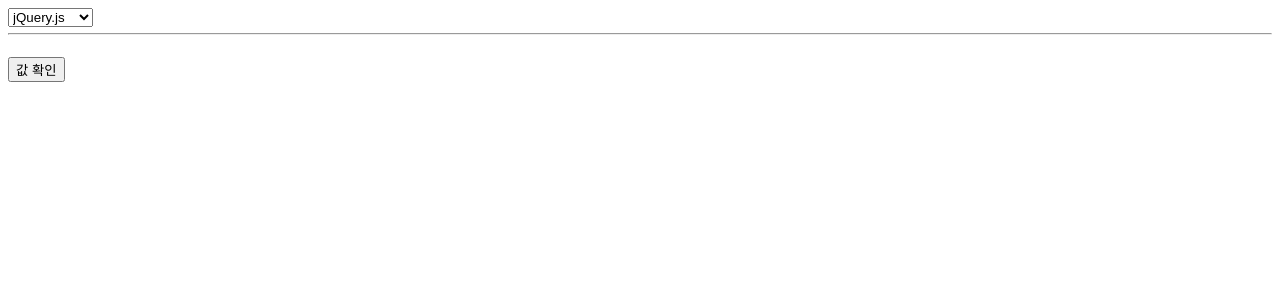
Repository: popconnect/jQuery
Page: http://localhost/jQueryUiEx02/SelectMenuEx01.jsp
An editor plug-in stored every save of this project. The page is shown before and after the next save, followed by the edit.
The browser window is 1280 px wide. The pictures show the whole page.
The page is served by Tomcat 9.

Above is the page before, as saved 2023-05-17 05:19:16.

### jQueryUiEx02/src/main/webapp/SelectMenuEx01.jsp
<%@ page language="java" contentType="text/html; charset=UTF-8"
	pageEncoding="UTF-8"%>
<!DOCTYPE html>
<html>
<head>
<meta charset="UTF-8">
<title>Insert title here</title>
<link rel="stylesheet" href="./css/cupertino/jquery-ui.css" />
<style type="text/css">
body {
	font-size: 80%;
}
</style>
<script type="text/javascript" src="./js/jquery-3.7.0.js"></script>
<script type="text/javascript" src="./js/jquery-ui.js"></script>
<script type="text/javascript">
	//버튼 이벤트
	$(document).ready(function() {

	});
</script>
</head>
<body>
	<select>
		<option value="jquery">jQuery.js</option>
		<option value="jqueryui">jQueryui.js</option>
		<option value="jquery">jQuery.js</option>
		<option value="jqueryui">jQueryui.js</option>
		<option value="jquery">jQuery.js</option>
		<option value="jqueryui">jQueryui.js</option>
	</select>
	<br><hr><br>
	<button id="btn">값 확인</button>

</body>
</html>

Loaded but not shown: jQueryUiEx02/src/main/webapp/css/cupertino/jquery-ui.css (library); jQueryUiEx02/src/main/webapp/js/jquery-3.7.0.js (library); jQueryUiEx02/src/main/webapp/js/jquery-ui.js (library)

After the next save:
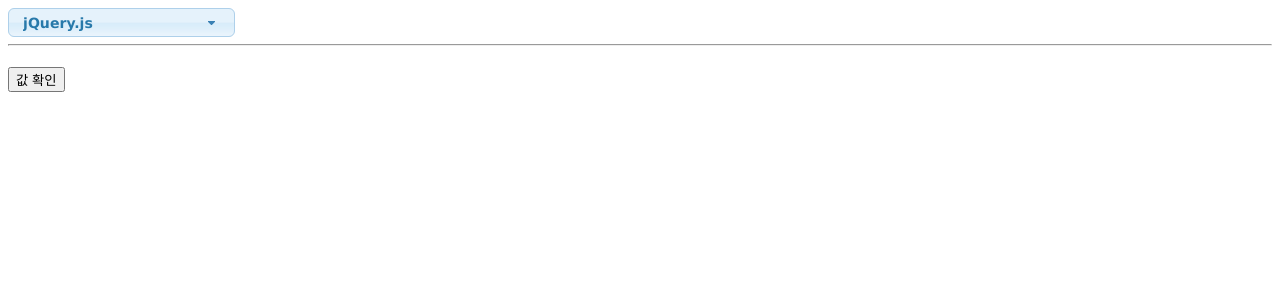
Saved 80 s later.
--- a/jQueryUiEx02/src/main/webapp/SelectMenuEx01.jsp
+++ b/jQueryUiEx02/src/main/webapp/SelectMenuEx01.jsp
@@ -16,12 +16,12 @@ body {
 <script type="text/javascript">
 	//버튼 이벤트
 	$(document).ready(function() {
-
+		$('#files').selectmenu();
 	});
 </script>
 </head>
 <body>
-	<select>
+	<select id="files">
 		<option value="jquery">jQuery.js</option>
 		<option value="jqueryui">jQueryui.js</option>
 		<option value="jquery">jQuery.js</option>
